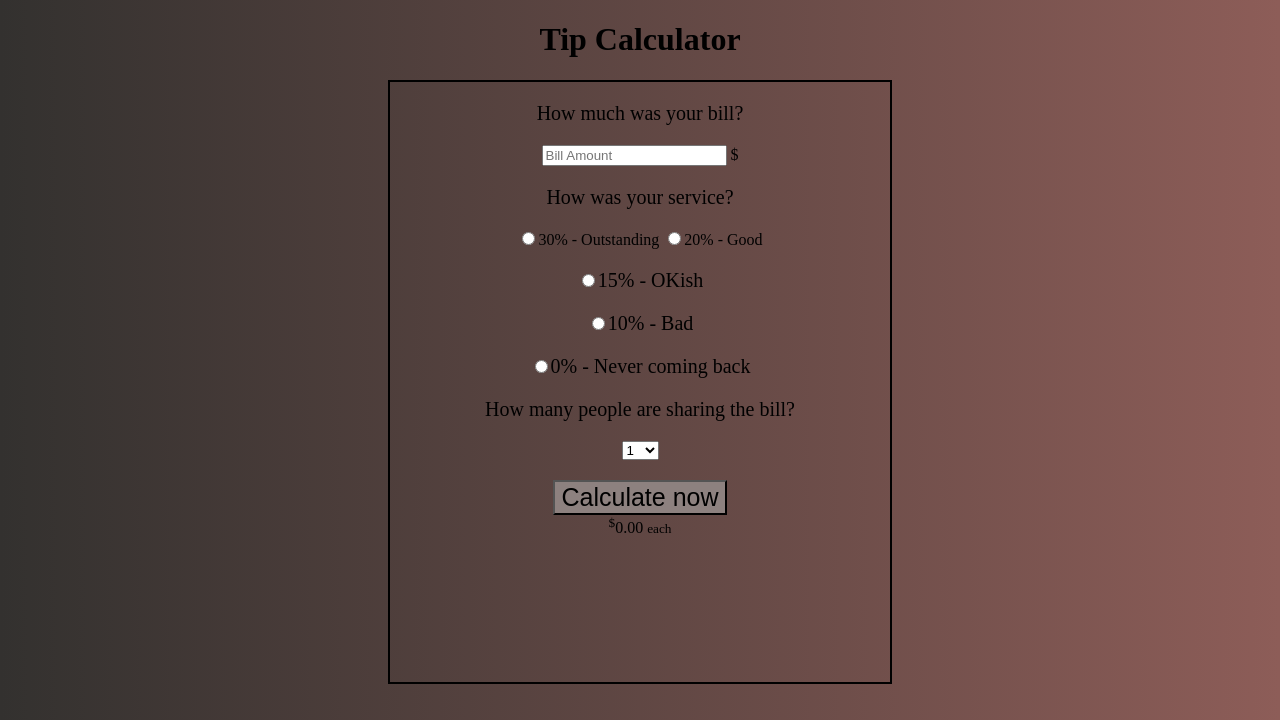
Repository: NiutaR/tip-calculator
Page: index.html
These files come from the project's save history. The page is drawn as it stood at one moment and after the next save; the edit follows.
The browser window is 1280 px wide. The pictures show the whole page.

Above is the page before, as saved 2021-07-28 17:48:45.

### index.html
<!DOCTYPE html>
<html lang="en">

<head>
    <meta charset="UTF-8">
    <meta http-equiv="X-UA-Compatible" content="IE=edge">
    <meta name="viewport" content="width=device-width, initial-scale=1.0">
    <link rel="stylesheet" href="style.css">
    <title>Tip Calculator</title>
</head>

<body>

    <!--<div id="container">
        <h1>Tip Calculator</h1>
        <div id="calculator">


            <form>
                <p>How much was your bill?
                <p>
                    $ <input id="billamt" type="text" placeholder="Bill Amount">

                <p>How was your service?
                <p>
                    <select id="serviceQual">
                        <option disabled selected value="0">-- Choose an Option --</option>
                        <option value="0.3">30&#37; &#45; Outstanding</option>
                        <option value="0.2">20&#37; &#45; Good</option>
                        <option value="0.15">15&#37; &#45; It was OK</option>
                        <option value="0.1">10&#37; &#45; Bad</option>
                        <option value="0.05">5&#37; &#45; Terrible</option>
                    </select>

            </form>
            <p>How many people are sharing the bill?</p>
            <input id="peopleamt" type="text" placeholder="Number of People"> people
            <button type="button" id="calculate">Calculate!</button>

        </div>-->




   <div id="calculator">
       <h1>Tip Calculator</h1>
            <form id="mainForm">
                <p>How much was your bill?</p>
                <input id="amount" type="text" placeholder="Bill Amount" value=""> $
                <p>How was your service?</p>
                <label><input name="service" type="radio" value="0.3">30&#37 - Outstanding</label>
                <label><input name="service" type="radio" value="0.2">20&#37 - Good</label>
                <p><input name="service" type="radio" value="0.15">15&#37 - OKish</p>
                <p><input name="service" type="radio" value="0.1">10&#37 - Bad</p>
                <p><input name="service" type="radio" value="0.05">0&#37 - Never coming back</p>
                <p>How many people are sharing the bill?</p>
                <select id="person">
                    <option value="1">1</option>
                    <option value="2">2</option>
                    <option value="3">3</option>
                    <option value="4">4</option>
                    <option value="5">5</option>
                    <option value="6">6</option>
                    <option value="7">7</option>
                    <option value="8">8</option>
                    <option value="9">9</option>
                    <option value="10">10</option>
                </select>
                <br>
                <button onclick="TotalBillAmount()" id="btn">Calculate now</button>


            <div id="totalTip">
                <sup>$</sup><span id="tip">0.00</span>
                <small id="each">each</small>
            </div>
        </form>
        </div>
    <script src="index.js"></script>
</body>

</html>

### style.css
body {
    background: coral;
    background: -webkit-linear-gradient(to left, #8d817f, #cecac5);
    /* Chrome 10-25, Safari 5.1-6 */
    background: linear-gradient(to left, #8d5d58, #33312f);
}

h1 {
    text-align: center;
}
#mainForm {
    text-align: center;
    border: 2px solid black;
    width: 500px;
    height: 600px;
    margin: 0 auto;
}
p {
    font-size: 20px;
}
button {
    font-size: 25px;
    margin-top: 20px;
    background-color: #8d817f;
    box-sizing: border-box;


}
button:before {
    content:'';
    position: absolute;
    top: 0;
    left: 0;
    width: 0;
    height: 42px;
    background: rgba(59, 21, 21, 0.3);
    border-radius: 5px;
    transition: all 2s ease;
}
button:hover:before {
	width: 100%;
}

### index.js
/*Your project should have a button Calculate that will return the Tip value for each person based on next calculation:
(TotalBillAmount * ServiceLevel)/NumberOfPersons  */

//const TotalBillAmount = document.getElementById('amount');

/*function ServiceLevel() {
    let radioBtn = document.getElementById('service');
    for(let i = 0; i < radioBtn.length; i++) {
        if(radioBtn[i].checked) {

        }
    }
}*/
//getting values fro radio buttons
/*const calculate = document.getElementById('btn');
document.btn.onclick = function() {
    let ServiceLevel = document.querySelector('input[name = service]:checked').value;
    totalTip.innerHTML = "Your bil" + ServiceLevel;
}*/


/*function NumberOfPersons() {
    let select = document.getElementById('person');
    let value = select.options[select.selectedIndex].value;
    console.log(value);
}

function calculate() {
    return (TotalBillAmount * ServiceLevel) / NumberOfPersons;
}
console.log(calculate());*/

function calculateTip() {
    let totalBillAmount = document.getElementById(amount);
    let serviceLevel = document.getElementById()
}

After the next save:
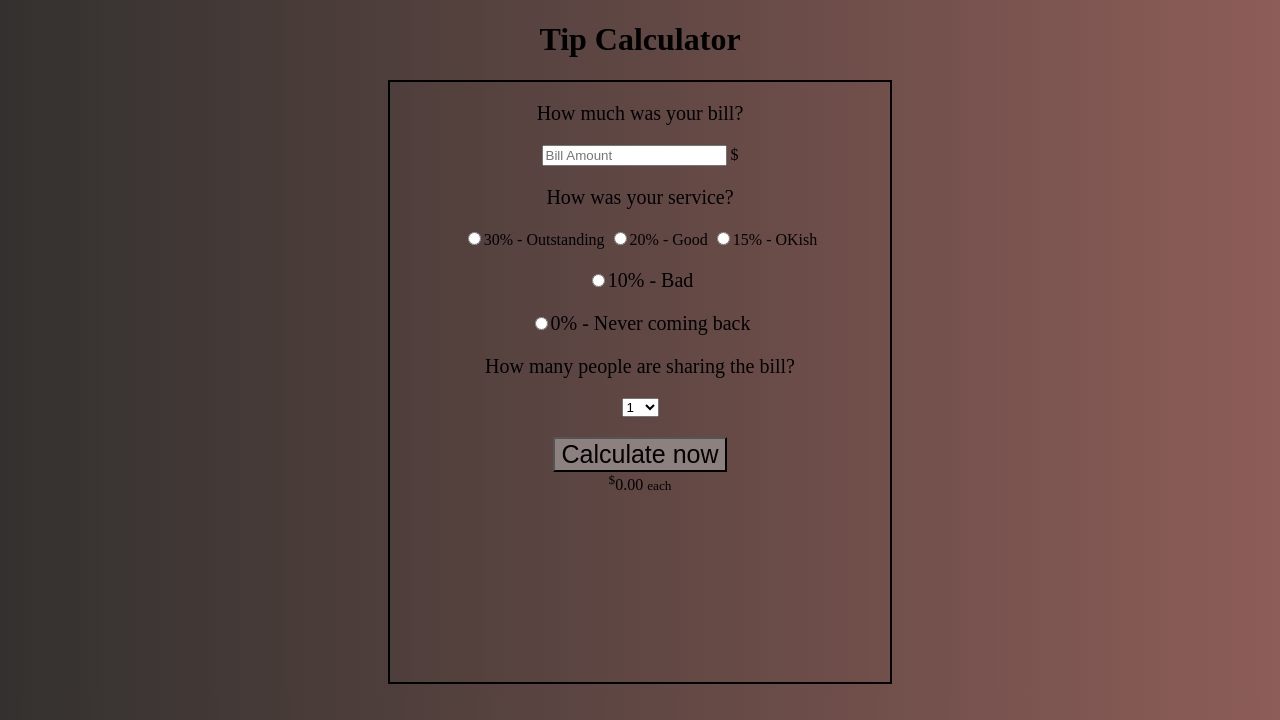
Saved 13 s later.
--- a/index.html
+++ b/index.html
@@ -50,7 +50,7 @@
                 <p>How was your service?</p>
                 <label><input name="service" type="radio" value="0.3">30&#37 - Outstanding</label>
                 <label><input name="service" type="radio" value="0.2">20&#37 - Good</label>
-                <p><input name="service" type="radio" value="0.15">15&#37 - OKish</p>
+                <label><input name="service" type="radio" value="0.15">15&#37 - OKish</label>
                 <p><input name="service" type="radio" value="0.1">10&#37 - Bad</p>
                 <p><input name="service" type="radio" value="0.05">0&#37 - Never coming back</p>
                 <p>How many people are sharing the bill?</p>
